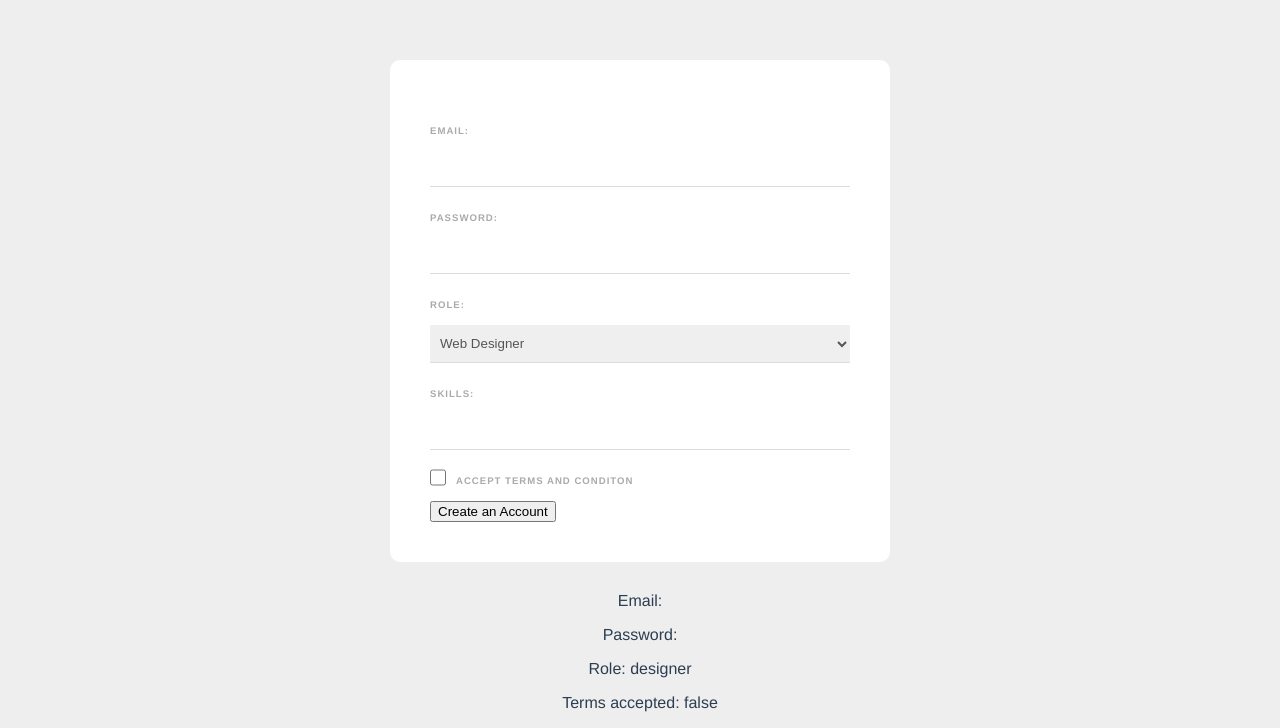
Repository: pin-seavmuy/Vue-Js
Page: /
An editor plug-in stored every save of this project. The page is shown before and after a run of saves, followed by the edit.
The browser window is 1280 px wide. The pictures show the whole page.
The project was rebuilt for these pictures with package versions that can differ from the ones it lists, and the page was loaded fresh each time. Also part of the build but not shown: vue.config.js.

Above is the page before, as saved 2023-11-16 23:43:33.

After the next 5 saves:
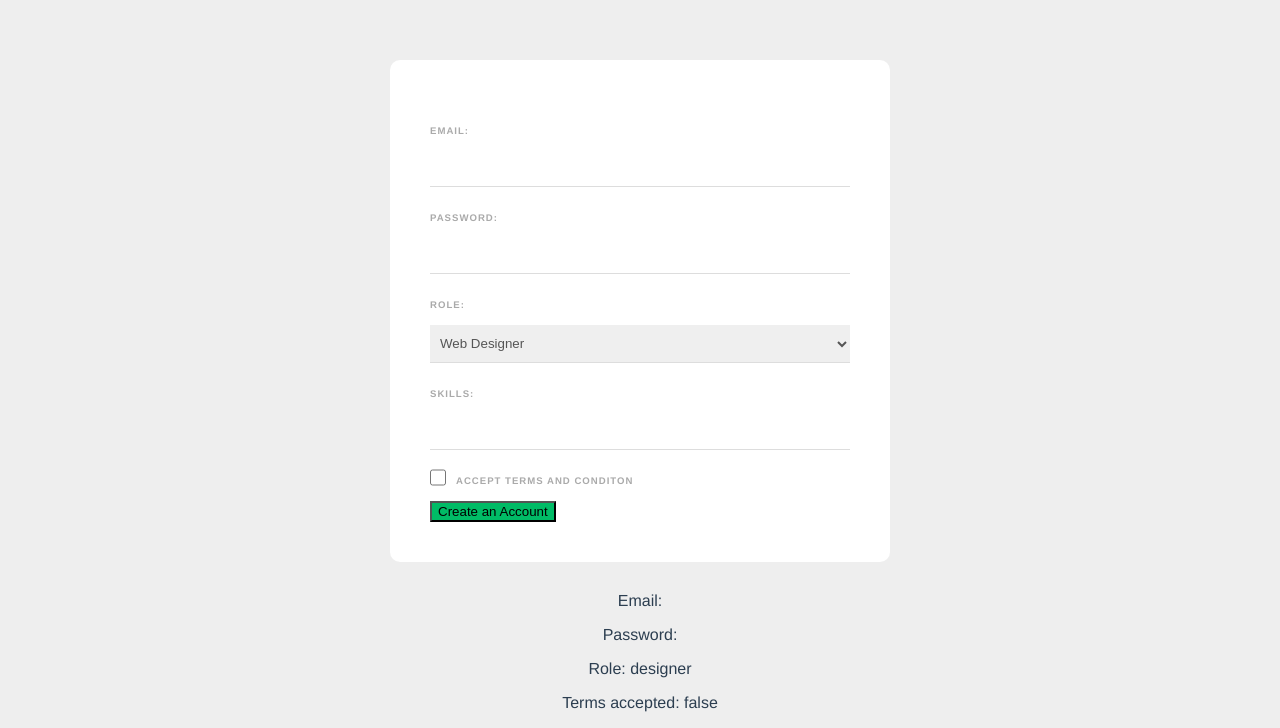
The 5 saves are shown as one change because they came seconds apart.
The last was saved 19 s later.
--- a/src/components/SignupForm.vue
+++ b/src/components/SignupForm.vue
@@ -131,6 +131,6 @@ export default {
         cursor: pointer;
     }
     button{
-
+        background: #0b6
     }
 </style>
